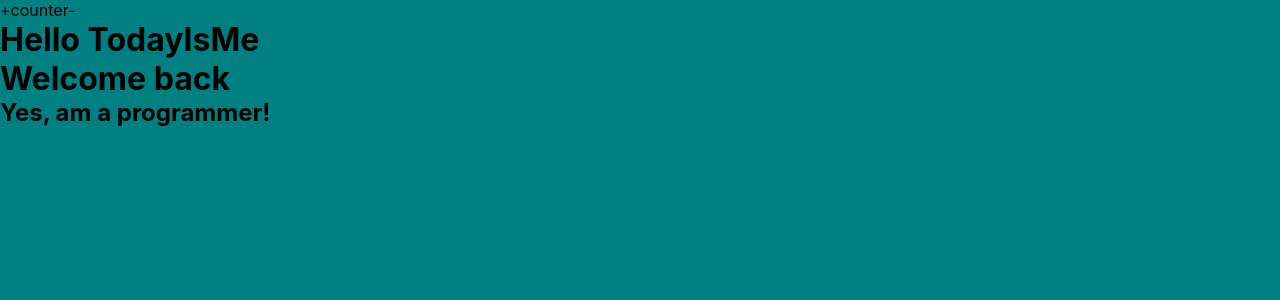
Repository: Exdevo/React
Page: /
The author's editor kept a copy of each file at every save. The page is drawn from the files as they stood at one save, then again after a run of saves.
The browser window is 1280 px wide. The pictures show the whole page.
The project was rebuilt for these pictures with package versions that can differ from the ones it lists, and the page was loaded fresh each time. Also part of the build but not shown: src/ItemDescription.js, src/Product.js.

Above is the page before, as saved 2023-02-12 14:51:16.

### src/App.js
import { useState } from 'react';
import './App.css';
import Product from './Product';
import "./App.css";
function App() {
//Dynamic rendering in React
  const name= null;
  let isProgrammer= false;

  //Counter
  const [counter, setCounter]=useState(0);

  return (
    <div className="App">

      <buton  onClick="">+</buton>
      <buton>counter</buton>
      <buton>-</buton>
     <h1> Hello {isProgrammer ? name : "TodayIsMe"} </h1>
     {name ?(
      <>Testing</>
     ):(
      <>
      <h1>Welcome back</h1>
      <h2>Yes, am a programmer!</h2>
      </>
     )}



      {/* < Product
      name='Phone'
      description='Samsung'
      price='4300'
      />
      < Product
      name='Laptop'
      description='Mac'
      price='24000'
      />
      < Product
      name='Woofer'
      description='Vitron'
      price='2300'
      /> */}

    </div>
  );
}

export default App;

### src/App.css
*{
  margin: 0;
  background-color: teal;
  align-items: center;
}

Loaded but not shown: public/index.html (common file); src/index.js (common file); src/index.css (common file)

After the next 2 saves:
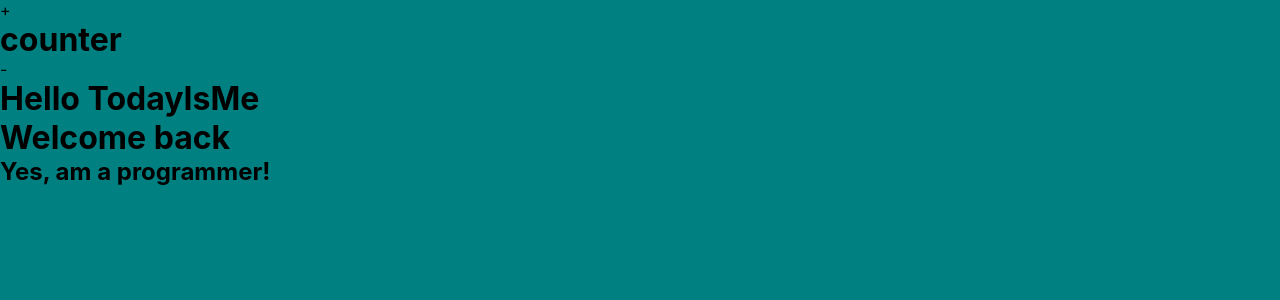
The 2 saves are shown as one change because they came seconds apart.
The last was saved 19 s later.
--- a/src/App.js
+++ b/src/App.js
@@ -14,7 +14,7 @@ function App() {
     <div className="App">
 
       <buton  onClick="">+</buton>
-      <buton>counter</buton>
+      <h1>counter</h1>
       <buton>-</buton>
      <h1> Hello {isProgrammer ? name : "TodayIsMe"} </h1>
      {name ?(
